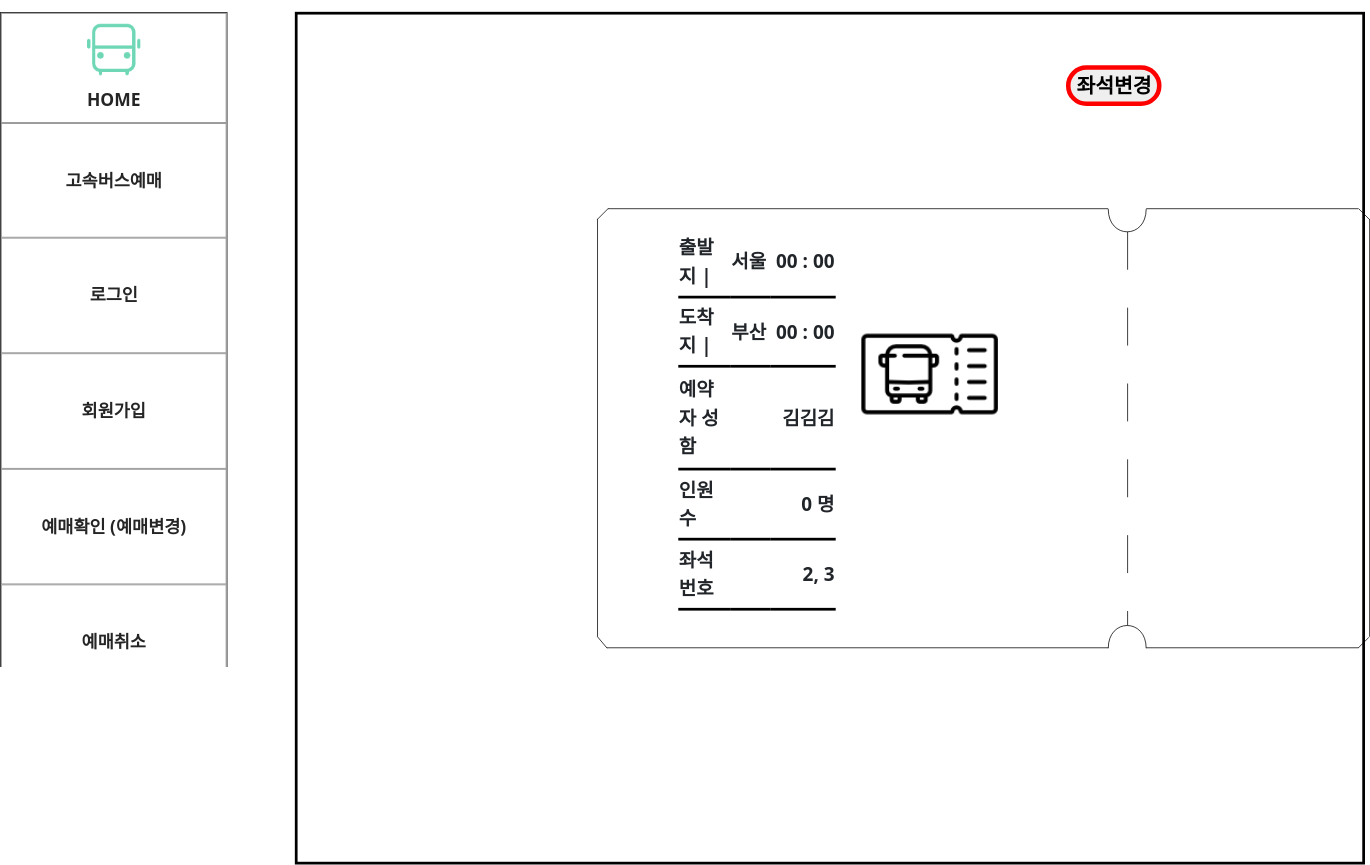
Repository: rudqhd79/spring_personal
Page: http://localhost/reservation/check
An editor plug-in stored every save of this project. The page is shown before and after a run of saves, followed by the edit.
The browser window is 1280 px wide. The page is 1505 px wide, then 1500 px, then 1505 px, so the pictures cover 1505 px, including what lies to the right of the window. The pictures show the whole page, at 91% of full size.
The page is this project's Thymeleaf template; nobody is signed in. The template is opened directly, without the code that normally fills it, so the values that code supplies are empty.

Above is the page before, as saved 2023-02-03 07:12:43.

After the next 2 saves:
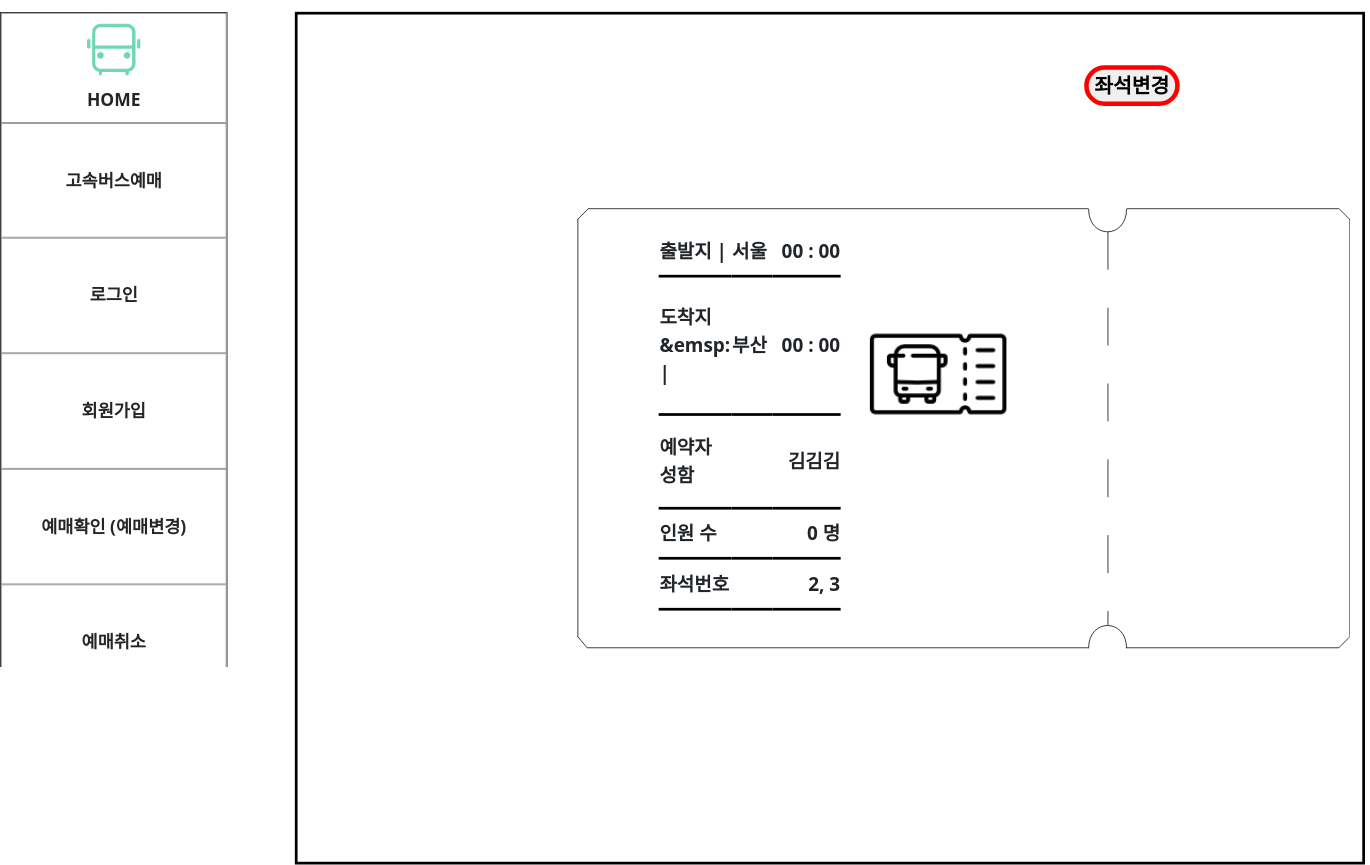
The 2 saves are shown as one change because they came seconds apart.
The last was saved 46 s later.
--- a/bus-reservation/src/main/resources/templates/reservation/check.html
+++ b/bus-reservation/src/main/resources/templates/reservation/check.html
@@ -47,7 +47,7 @@
 								<th class="check_th">00 : 00</th>
 							</tr>
 							<tr class="check_tr_three">
-								<th class="check_th">도착지 |</th>
+								<th class="check_th">도착지 &emsp: |</th>
 								<th class="check_th">부산</th>
 								<th class="check_th">00 : 00</th>
 							</tr>

After the save that followed:
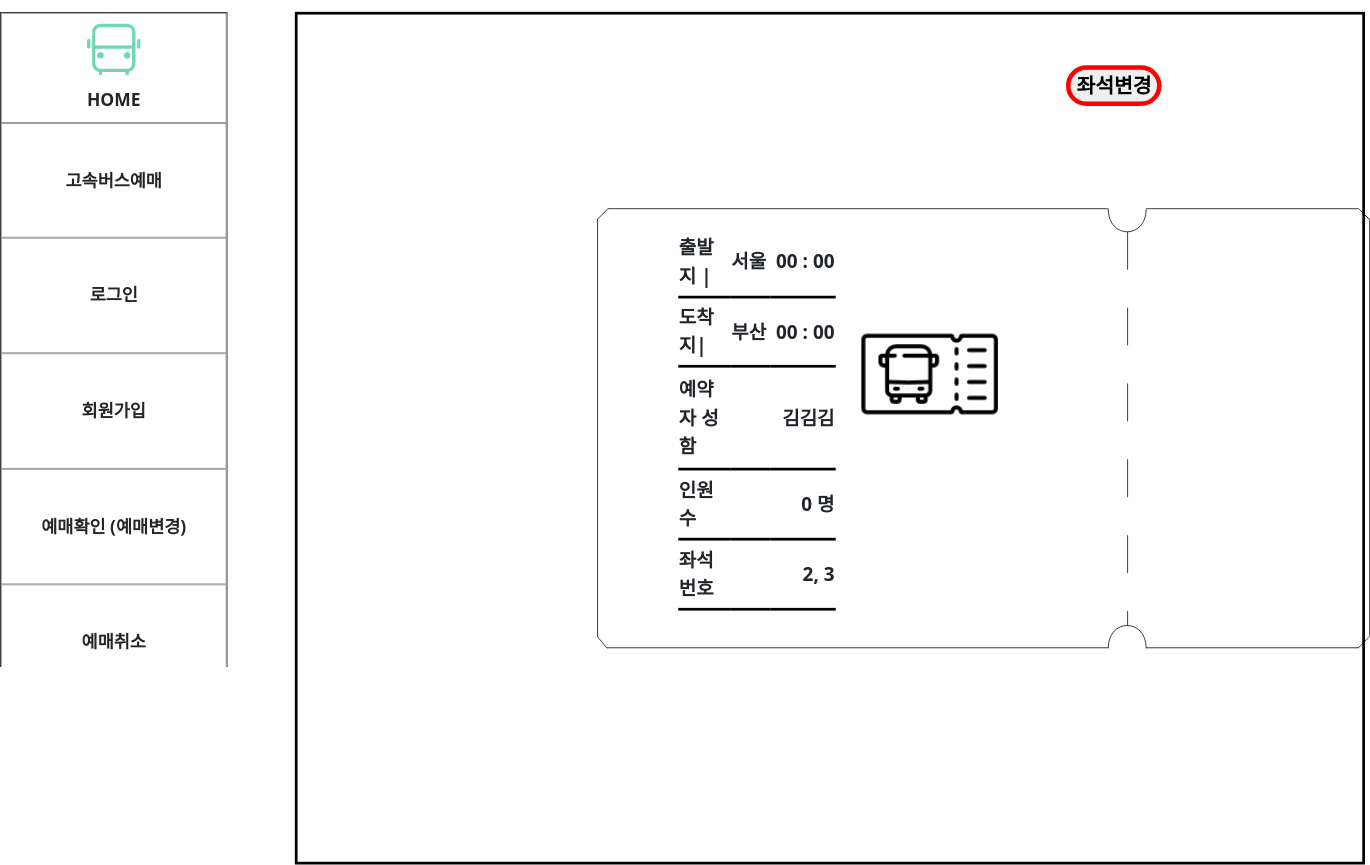
Saved 6 s later.
--- a/bus-reservation/src/main/resources/templates/reservation/check.html
+++ b/bus-reservation/src/main/resources/templates/reservation/check.html
@@ -47,7 +47,7 @@
 								<th class="check_th">00 : 00</th>
 							</tr>
 							<tr class="check_tr_three">
-								<th class="check_th">도착지 &emsp: |</th>
+								<th class="check_th">도착지|</th>
 								<th class="check_th">부산</th>
 								<th class="check_th">00 : 00</th>
 							</tr>
